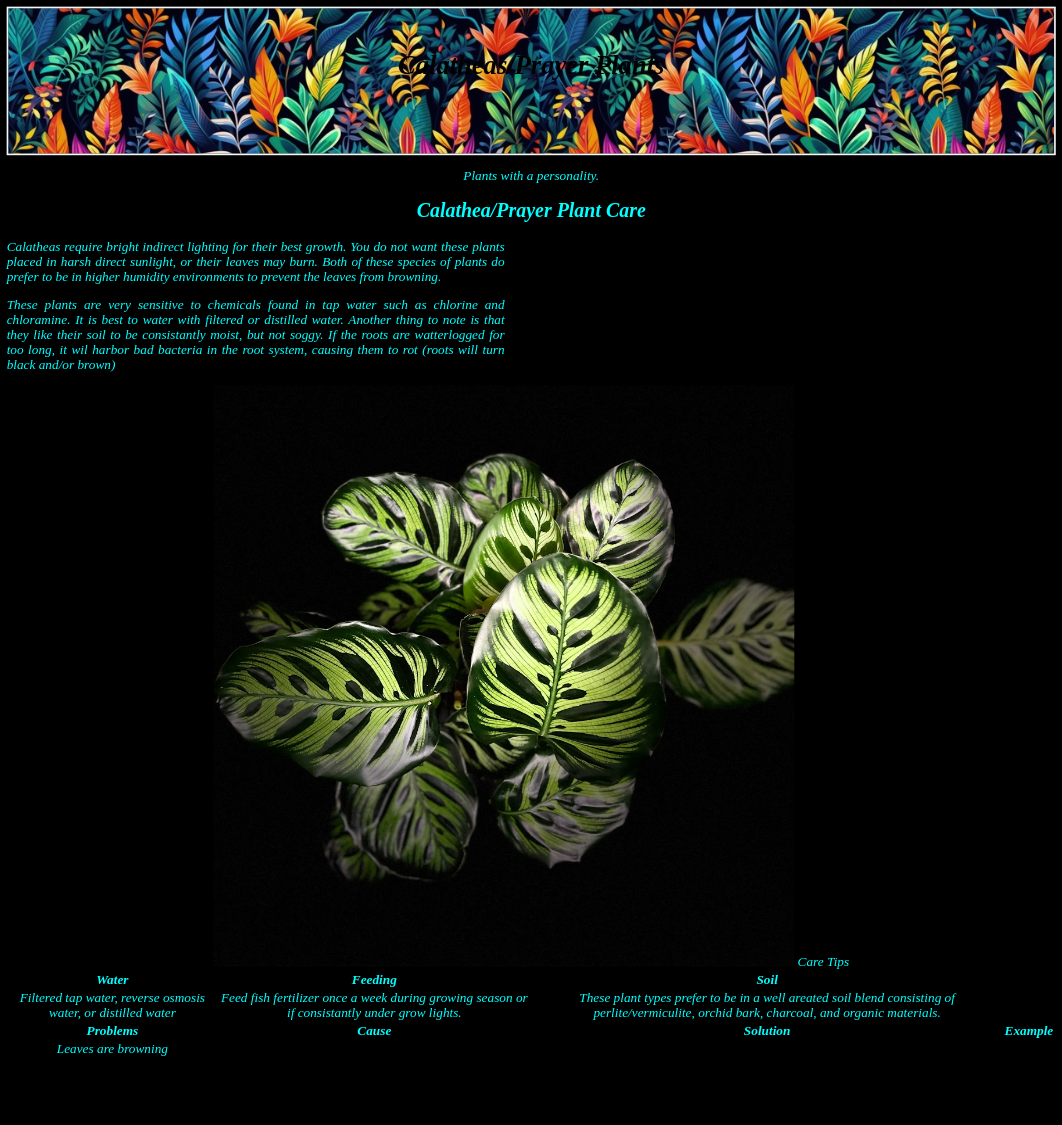
Repository: swillis91/odin-recipies
Page: Planty Page/calatheas.html
These files come from the project's save history. The page is drawn as it stood at one moment and after the next save; the edit follows.
The browser window is 1280 px wide. The pictures show the whole page, at 83% of full size.

Above is the page before, as saved 2023-08-10 00:24:19.

### Planty Page/calatheas.html
<!DOCTYPE html>
    <html>
        <head>
            <title>Calatheas</title>
            <link href="style.css" rel="stylesheet"
        </head>
        <body>
            <h1 class="heading">Calatheas/Prayer Plants</h1>
              <p>Plants with a personality.</p>
            <h2>Calathea/Prayer Plant Care</h2>
              <p class="care">Calatheas require bright indirect lighting for their best growth. You do not want these plants placed in harsh direct sunlight, or their leaves may burn. Both of these species of plants do prefer to be in higher humidity environments to prevent the leaves from browning.</p>
              <p class="care">These plants are very sensitive to chemicals found in tap water such as chlorine and chloramine. It is best to water with filtered or distilled water. Another thing to note is that they like their soil to be consistantly moist, but <em>not</em> soggy. If the roots are watterlogged for too long, it wil harbor bad bacteria in the root system, causing them to rot (roots will turn black  and/or brown)</p>
                <img src="./Images/makoyana.webp" id="calathea makoyana" width="700px">
            <thead>Care Tips</thead>
            <table>
                <tr>
                    <th>Water</th>
                    <th>Feeding</th>
                    <th>Soil</th>
                </tr>
                <tr>
                    <td>Filtered tap water, reverse osmosis water, or distilled water</td>
                    <td>Feed fish fertilizer once a week during growing season or if consistantly under grow lights.</td>
                    <td>These plant types prefer to be in a well areated soil blend consisting of perlite/vermiculite, orchid bark, charcoal, and organic materials.</td>
                </tr>
                <tr>
                    <th>Problems</th>
                    <th>Cause</th>
                    <th>Solution</th>
                    <th>Example</th>
                </tr>
                <tr>
                    <td>Leaves are browning</td>
                </tr>
            </table>
        </body>
    </html>

### Planty Page/style.css
body{
    background-color: black;
    color:aqua;
    text-align: center;
    font-family:cursive;
    font-style: oblique;
}

.heading{
    color: rgba(0, 0, 0, 0.974);
    border: 2px solid rgb(244, 247, 247);
    background-image: url('Images/banner.jpg');
    height: 75px;
    margin: 0 auto;
    padding:50px 20px;

}

.care{
    text-align: justify;
    width: 600px;

}

#calathea-makoyana{
    width: 500px;
    Height: auto:
}

table{

}

After the next save:
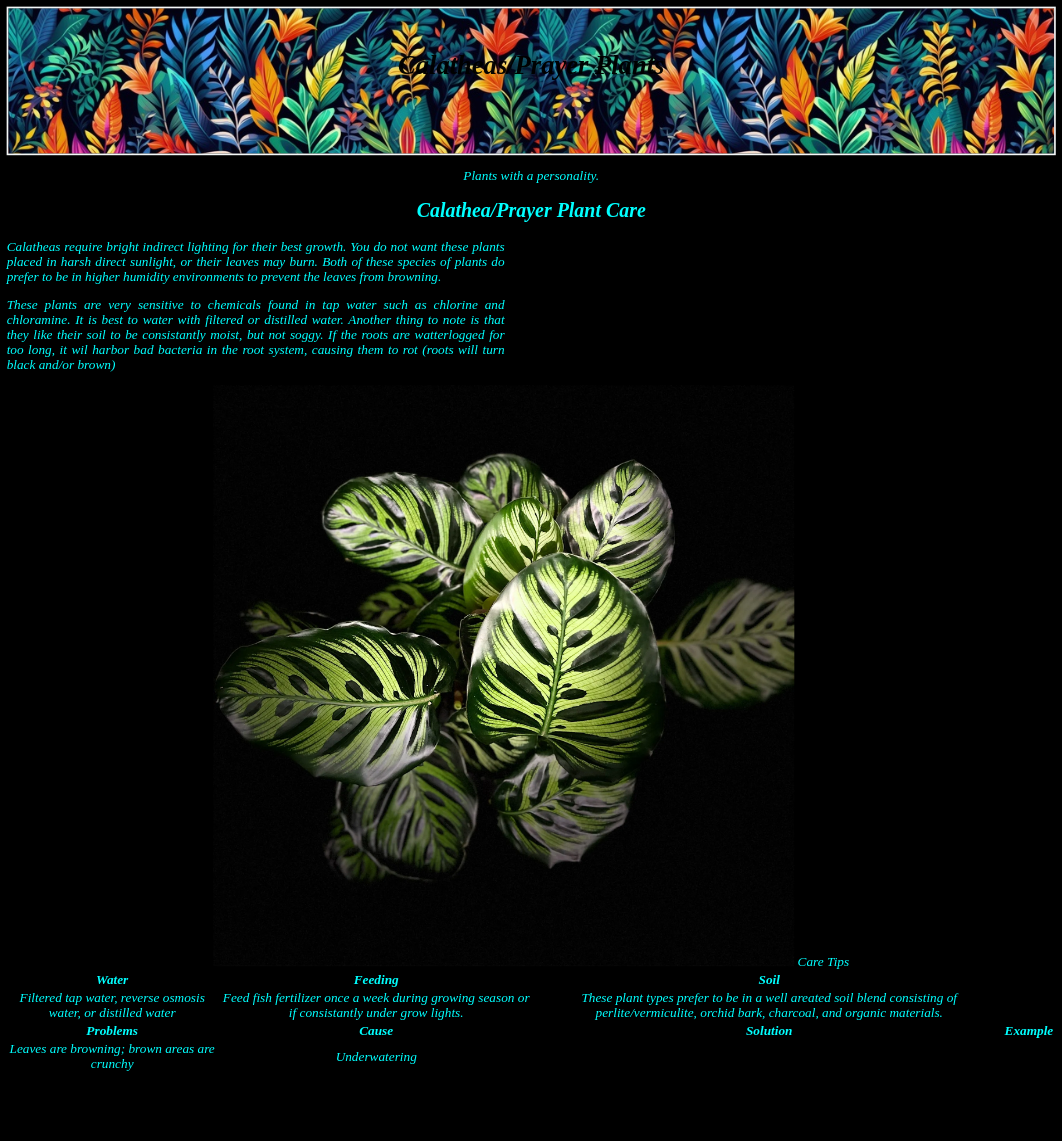
Saved 38 s later.
--- a/Planty Page/calatheas.html
+++ b/Planty Page/calatheas.html
@@ -30,7 +30,9 @@
                     <th>Example</th>
                 </tr>
                 <tr>
-                    <td>Leaves are browning</td>
+                    <td>Leaves are browning; brown areas are crunchy</td>
+                    <td>Underwatering</td>
+                    <td></td>
                 </tr>
             </table>
         </body>
